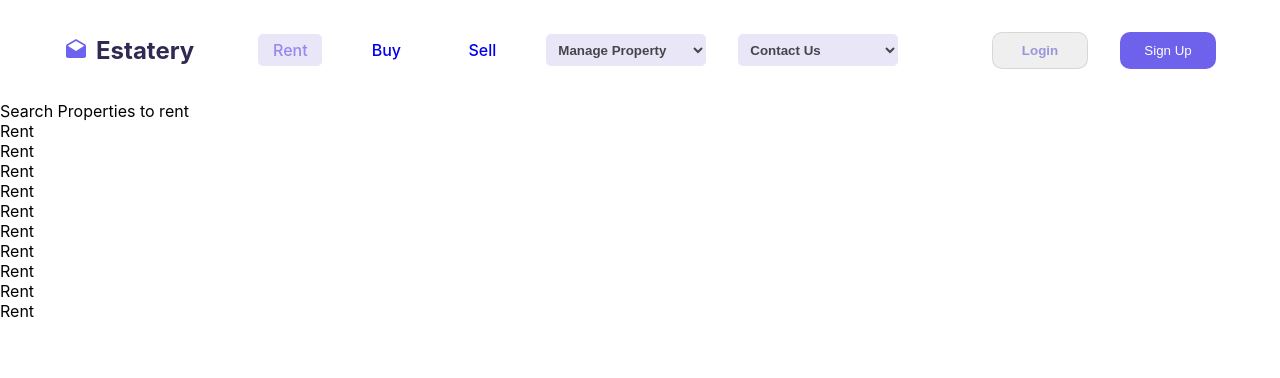
Repository: kapil4457/Reunion-Internship-Assignment
Page: /
These files come from the project's save history. The page is drawn as it stood at one moment and after the next save; the edit follows.
The browser window is 1280 px wide. The pictures show the whole page.
The project was rebuilt for these pictures with package versions that can differ from the ones it lists, and the page was loaded fresh each time. Also part of the build but not shown: src/App.css.

Above is the page before, as saved 2022-10-05 12:32:46.

After the next save:
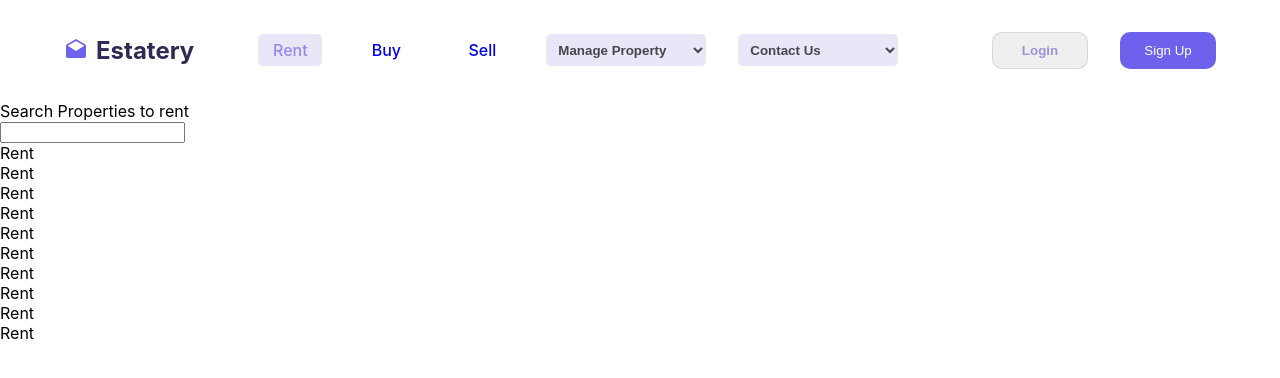
Saved 2 min 31 s later.
--- a/src/components/Rent/Rent.jsx
+++ b/src/components/Rent/Rent.jsx
@@ -8,7 +8,7 @@ const Rent = () => {
       <div className="rent-main">
         <div className="first">
           <div className="heading">Search Properties to rent</div>
-          <div className="search-bar"></div>
+          <input className="search-bar"></input>
         </div>
         {home.map((item, idx) => (
           <RentCard data={item} key={idx} />
